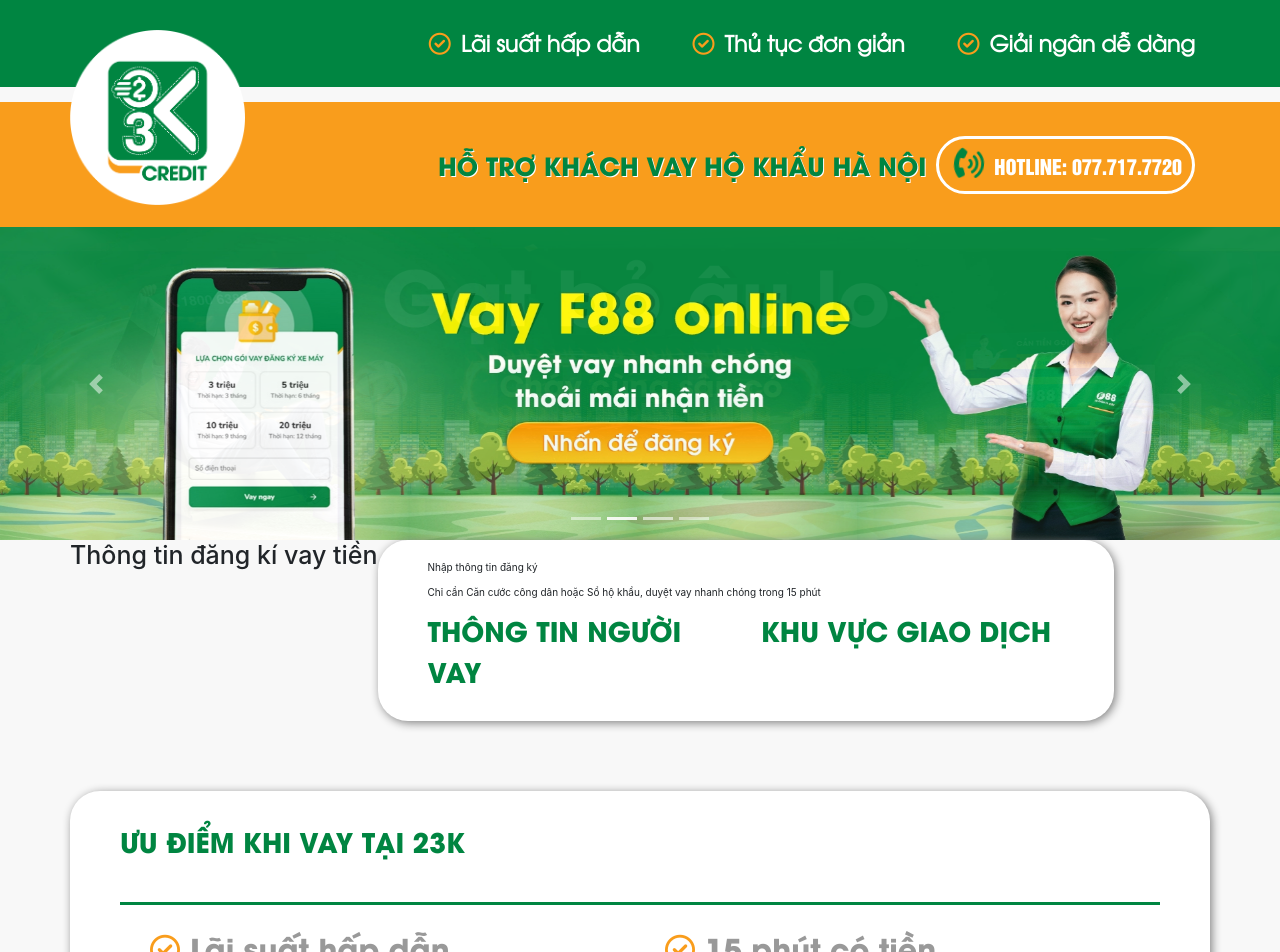
Repository: anhtu2110/23k.vn
Page: theme/index.html
These files come from the project's save history. The page is drawn as it stood at one moment and after the next save; the edit follows.
The browser window is 1280 px wide. The pictures show the part of the page from y = 0 to 952 px (the page is 2125 px tall before and 2120 px after).
A picture or video elsewhere on the page could not be fetched, so the positions and the page height are approximate.

Above is the page before, as saved 2022-12-29 23:17:21.

After the next save:
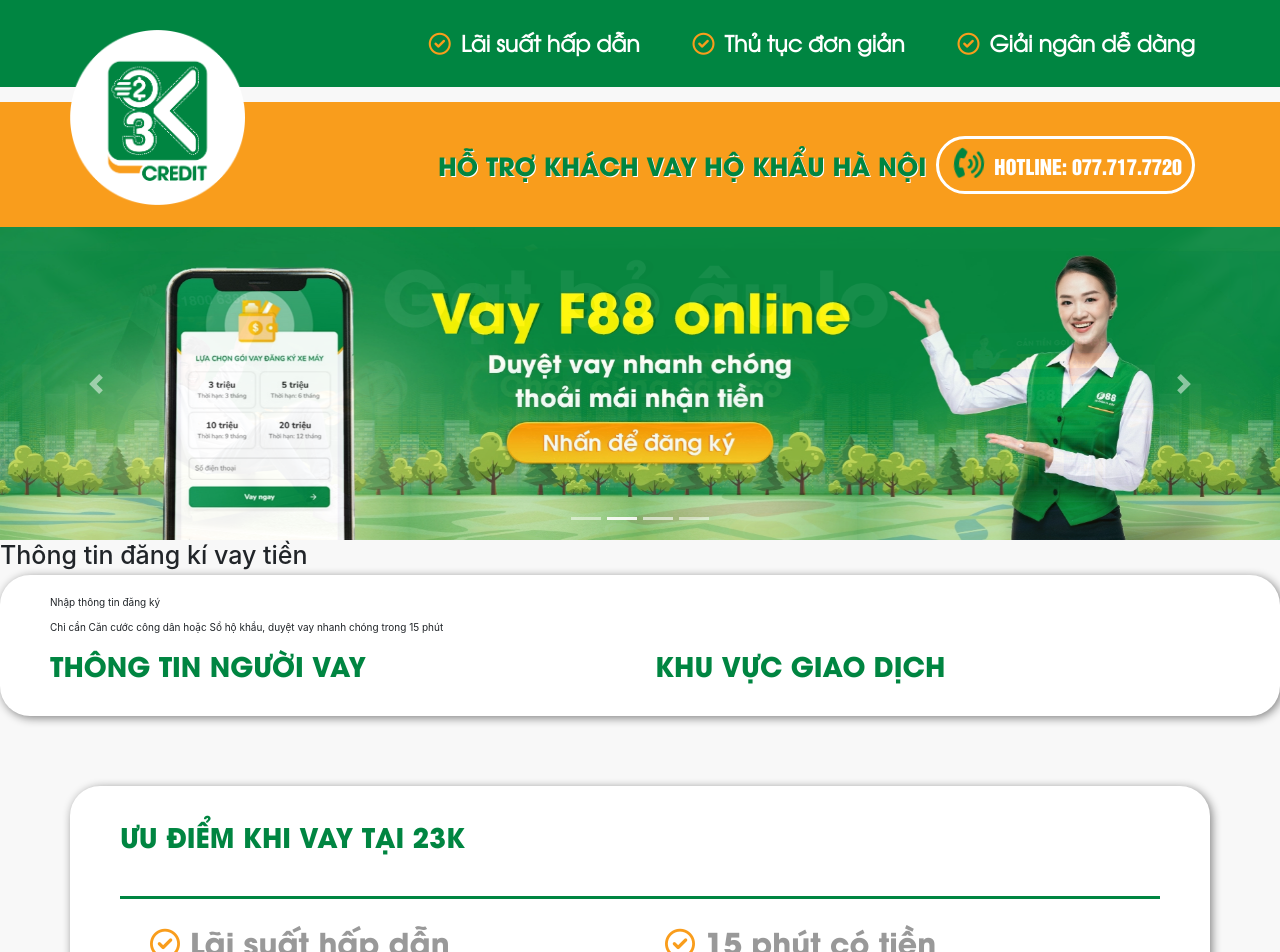
Saved 70 s later.
--- a/theme/index.html
+++ b/theme/index.html
@@ -99,28 +99,25 @@
             <!-- END HOME-BANNER  -->
             <div id="wp-info-reg">
                 <div class="container">
-                    <div class="row">
-                        <h1>Thông tin đăng kí vay tiền</h1>
-                        <div id="wp-form-reg" class="box">
-                            <div class="form-reg-title">
-                                <p>Nhập thông tin đăng ký</p>
-                                <p class="condition-reg">Chỉ cần Căn cước công dân hoặc Sổ hộ khẩu, duyệt vay nhanh
-                                    chóng
-                                    trong <span>15 phút</span></p>
+                </div>
+                <h1>Thông tin đăng kí vay tiền</h1>
+                <div id="wp-form-reg" class="box">
+                    <div class="form-reg-title">
+                        <p>Nhập thông tin đăng ký</p>
+                        <p class="condition-reg">Chỉ cần Căn cước công dân hoặc Sổ hộ khẩu, duyệt vay nhanh chóng
+                            trong <span>15 phút</span></p>
+                    </div>
+                    <div class="form-reg-content">
+                        <form action="" method="post">
+                            <div class="row">
+                                <div id="info-customer" class="col-md-6">
+                                    <p class="title">Thông tin người vay</p>
+                                </div>
+                                <div id="trading-ara" class="col-md-6">
+                                    <p class="title">Khu vực giao dịch</p>
+                                </div>
                             </div>
-                            <div class="form-reg-content">
-                                <form action="" method="post">
-                                    <div class="row">
-                                        <div id="info-customer" class="col-md-6">
-                                            <p class="title">Thông tin người vay</p>
-                                        </div>
-                                        <div id="trading-ara" class="col-md-6">
-                                            <p class="title">Khu vực giao dịch</p>
-                                        </div>
-                                    </div>
-                                </form>
-                            </div>
-                        </div>
+                        </form>
                     </div>
                 </div>
             </div>
